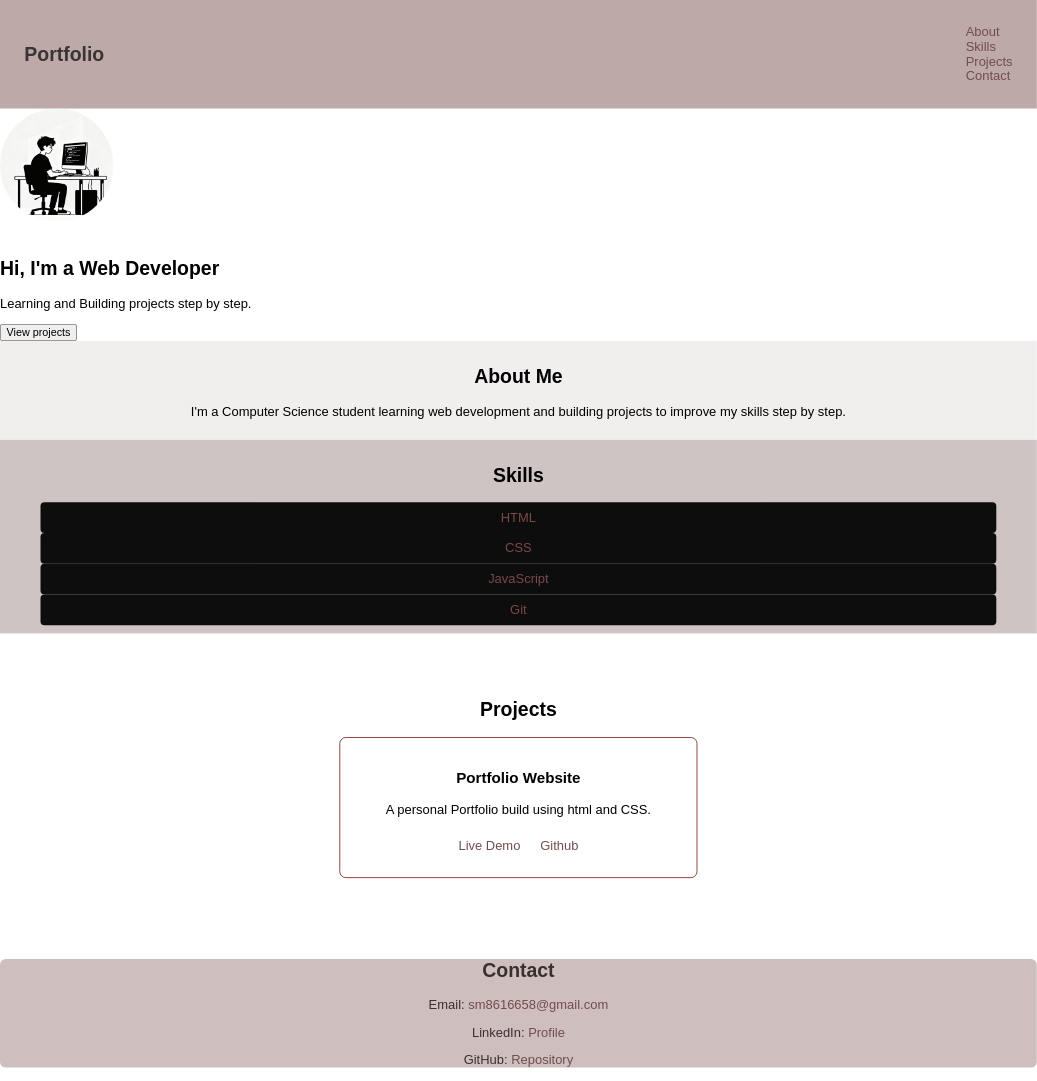
Repository: syeda-naqvi-hub/Portfolio-website
Page: python/portfolio/index.html
These files come from the project's save history. The page is drawn as it stood at one moment and after the next save; the edit follows.
The browser window is 1280 px wide. The pictures show the whole page, at 81% of full size.

Above is the page before, as saved 2026-02-07 12:51:29.

After the next save:
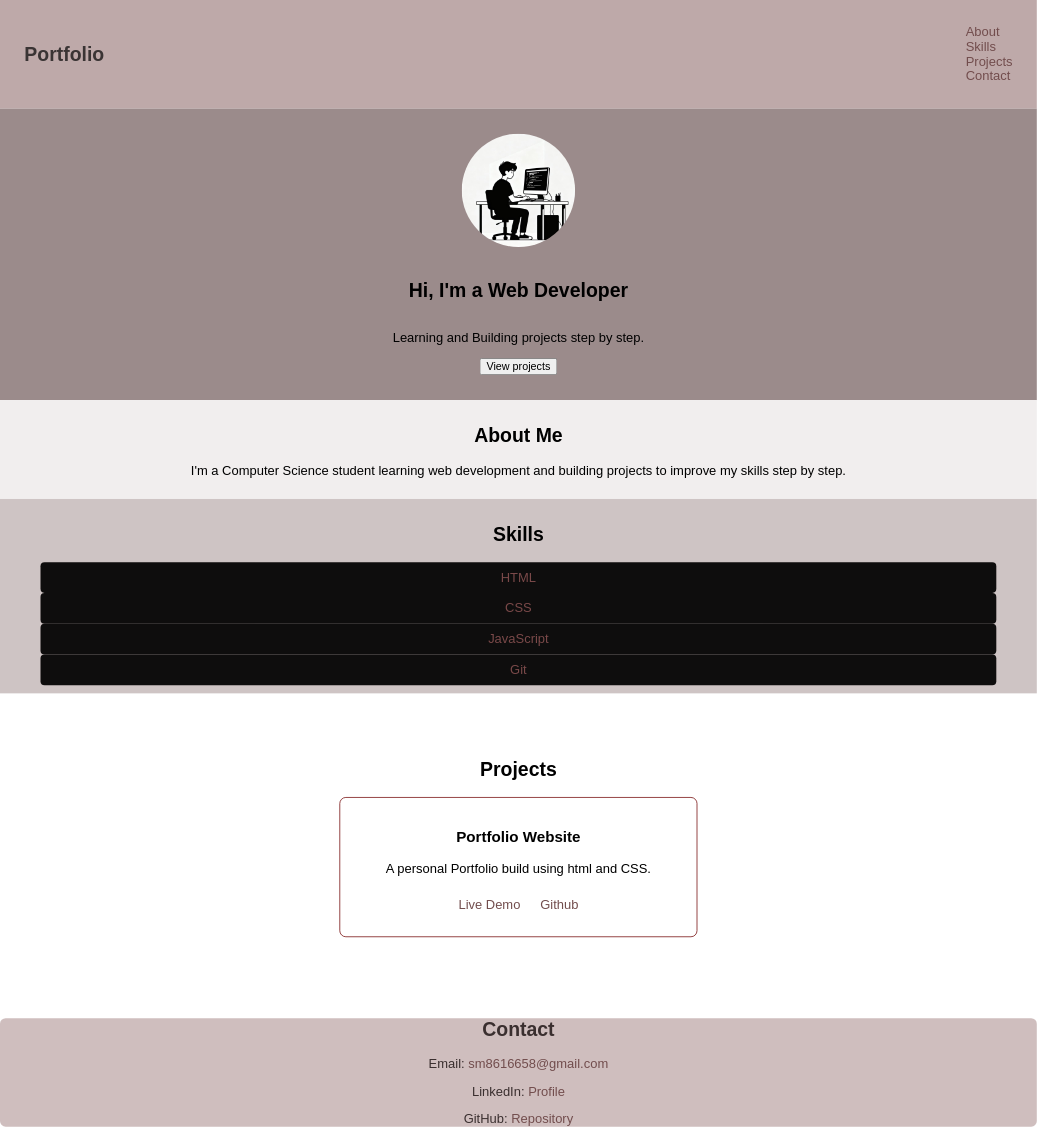
Saved 4 min 21 s later.
--- a/python/portfolio/index.html
+++ b/python/portfolio/index.html
@@ -19,7 +19,7 @@
             </ul>
         </nav>
     </header>
-    <section class=""hero">
+    <section class="hero">
         <img src="profile.jpeg" class="profile-img" alt="developer">
         <h1>Hi, I'm a Web Developer </h1>
         <p>Learning and Building projects step by step.</p>
--- a/python/portfolio/style.css
+++ b/python/portfolio/style.css
@@ -22,12 +22,12 @@ a {
     text-decoration:none
 }
 .hero {
-    height: 80vh;
+    height: 50vh;
     display: flex;
     flex-direction: column;
     justify-content: center;
     align-items: center;
-    background: #8a6363;
+    background: #9b8b8b;
     text-align: center;
 }
 .profile-img {
